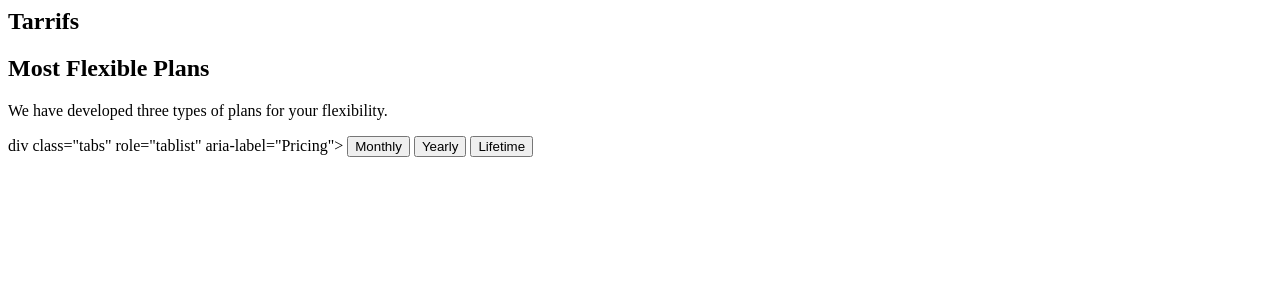
Repository: sanyathecreator/udrive-carsharing
Page: index.tarrifs.partial.html
These files come from the project's save history. The page is drawn as it stood at one moment and after the next save; the edit follows.
The browser window is 1280 px wide. The pictures show the whole page.

Above is the page before, as saved 2025-09-11 00:06:12.

After the next save:
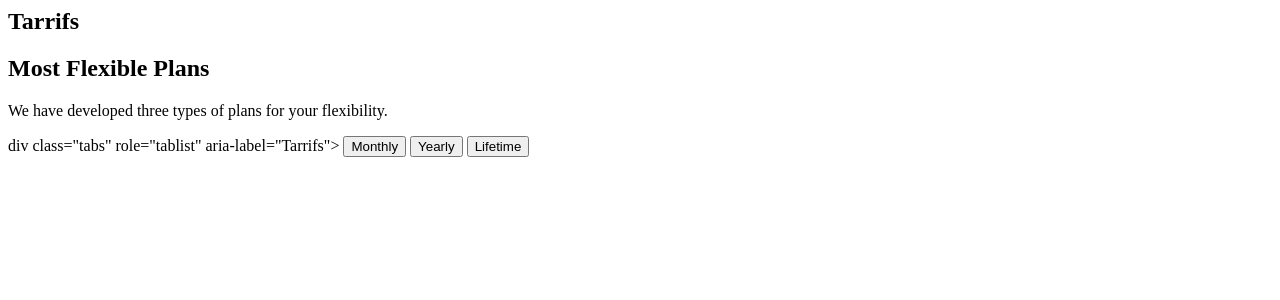
Saved 6 s later.
--- a/index.tarrifs.partial.html
+++ b/index.tarrifs.partial.html
@@ -5,7 +5,7 @@
       <p class="plans__payments-text">We have developed three types of plans for your flexibility.</p>
     </div>
 
-div class="tabs" role="tablist" aria-label="Pricing">
+div class="tabs" role="tablist" aria-label="Tarrifs">
   <button class="tabs__button tabs__button--active" role="tab" aria-selected="true" aria-controls="monthly" id="monthly-tab" tabindex="0">Monthly</button>
   <button class="tabs__button" role="tab" aria-selected="false" aria-controls="yearly" id="yearly-tab" tabindex="-1">Yearly</button>
   <button class="tabs__button" role="tab" aria-selected="false" aria-controls="lifetime" id="lifetime-tab" tabindex="-1">Lifetime</button>
